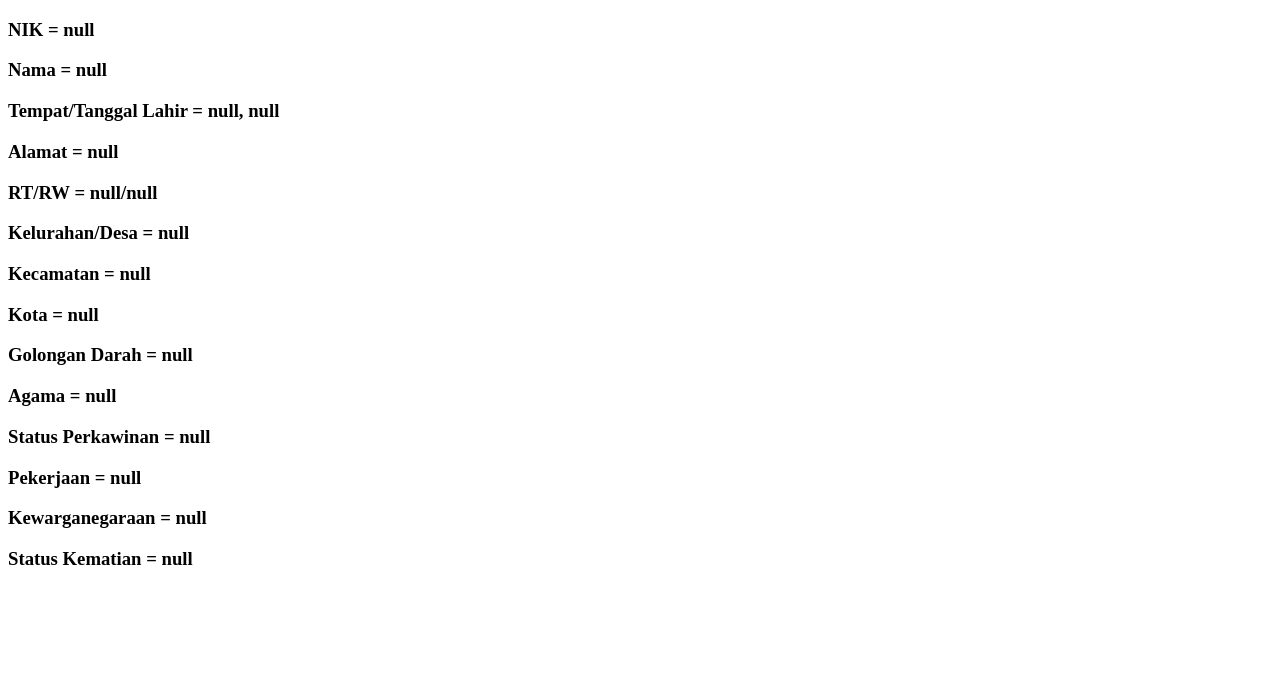
Repository: apap-2017/tugas1_1406544135
Page: http://localhost/detail-penduduk
The author's editor kept a copy of each file at every save. The page is drawn from the files as they stood at one save, then again after the next save.
The browser window is 1280 px wide. The pictures show the whole page.
The page is this project's Thymeleaf template; nobody is signed in. The template is opened directly, without the code that normally fills it, so the values that code supplies are empty.

Above is the page before, as saved 2017-10-10 14:57:55.

After the next save:
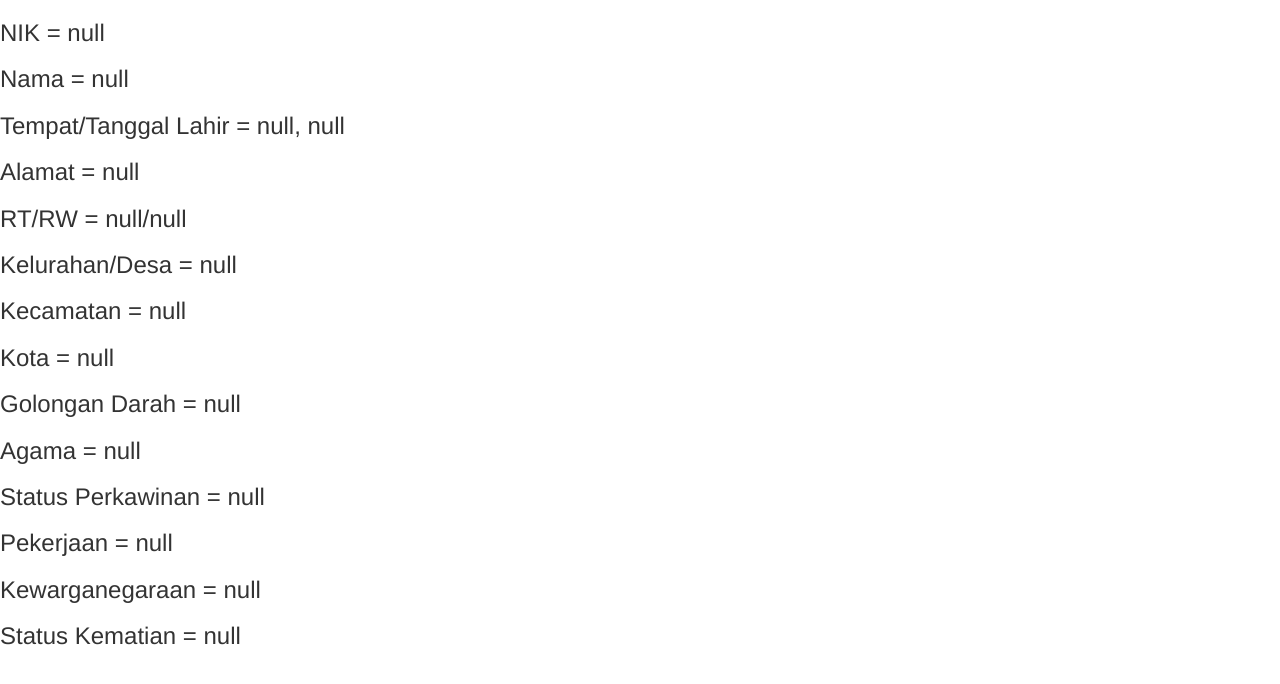
Saved 17 min 52 s later.
--- a/Tugas1_1406544135/src/main/resources/templates/detail-penduduk.html
+++ b/Tugas1_1406544135/src/main/resources/templates/detail-penduduk.html
@@ -1,8 +1,10 @@
 <!DOCTYPE html>
 <html xmlns:th="http://www.thymeleaf.org">
     <head>
-        <title>View Penduduk by NIK</title>
+      <title>Siduk DKI</title>
+        <link href="../../static/css/bootstrap.min.css" rel="stylesheet" th:href="@{/css/bootstrap.min.css}" />
     </head>
+
     <body>
 	   <form action="/penduduk" th:object="${penduduk}" method="get">
 		    <h3 th:text="'NIK = ' + ${penduduk.nik}">NIK penduduk</h3>
